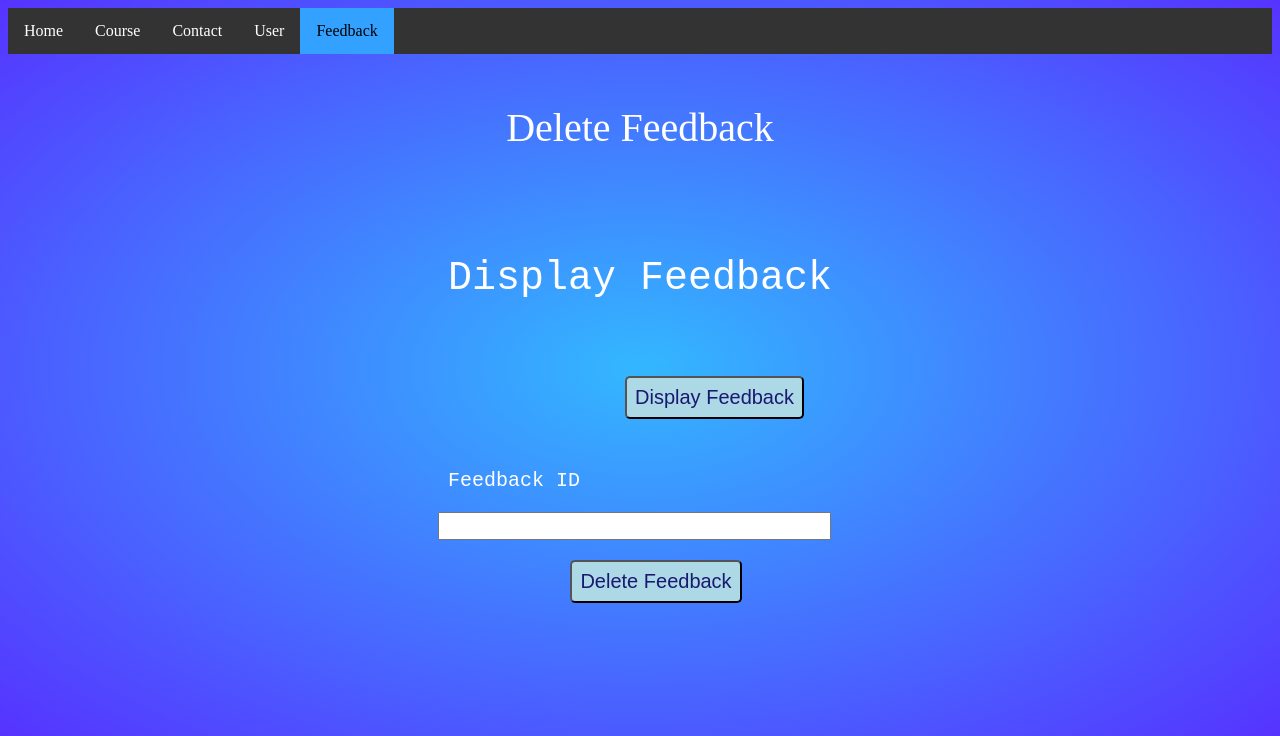
Repository: ShreyasG27/Amdocs-Training
Page: http://localhost/elearning-frontend/feedbackdisplay.jsp
These files come from the project's save history. The page is drawn as it stood at one moment and after the next save; the edit follows.
The browser window is 1280 px wide. The pictures show the whole page.
The page is served by Tomcat 9. Nobody is signed in. The application's start-up code is not run. Other server files are loaded and not shown.

Above is the page before, as saved 2021-08-22 17:52:30.

### elearning-frontend/WebContent/feedbackdisplay.jsp
<%@ page language="java" contentType="text/html; charset=ISO-8859-1"
    pageEncoding="ISO-8859-1"%>
<!DOCTYPE html PUBLIC "-//W3C//DTD HTML 4.01 Transitional//EN" "http://www.w3.org/TR/html4/loose.dtd">
<html>
<head>
<meta http-equiv="Content-Type" content="text/html; charset=ISO-8859-1">
<title>Contact Page Admin</title>
<style>
body{
	background-image: radial-gradient(#33B7FF,#5633ff);
	color: white;
	height: 100vh;
}
.heading{
font-size:40px;
margin-top: 50px;
}
.submitbutton{
	margin-left:460px;
	padding:8px;
	font-size:20px;
	color: midnightblue;
	background-color:lightblue;
	border-radius:5px;
	margin-top: 20px;
}
.submitbutton:hover{
	margin-left:460px;
	padding:8px;
	font-size:20px;
	color: midnightblue;
	background-color:cyan;
	border-radius:5px;
	margin-top: 20px;
}
.deletebutton{
	margin-left:500px;
	padding:8px;
	font-size:20px;
	color: midnightblue;
	background-color:lightblue;
	border-radius:5px;
	margin-top: 20px;
}
.deletebutton:hover{
	margin-left:500px;
	padding:8px;
	font-size:20px;
	color: midnightblue;
	background-color:cyan;
	border-radius:5px;
	margin-top: 20px;
}
.inputfld{
	margin-left: 430px;
	padding: 5px;
	broder-radius:10px;
	font-size:12px;
	width:30%;
}
.inputfld1{
	margin-left: 420px;
	padding: 5px;
	broder-radius:10px;
	font-size:12px;
	width:30%;
}
.inputfld2{
	margin-left: 438px;
	padding: 5px;
	broder-radius:10px;
	font-size:12px;
	width:30%;
}
.txtfld{
	font-size:20px;
	margin-left:440px;
}
ul {
  list-style-type: none;
  margin: 0;
  padding: 0;
  overflow: hidden;
  background-color: #333;
  width:100%;
}

li {
  float: left;
}

li a {
  display: block;
  color: white;
  text-align: center;
  padding: 14px 16px;
  text-decoration: none;
}

li a:hover:not(.active) {
  background-color: #111;
}

.active {
  background-color: #33A1FF;
  color: black;
}
</style>
</head>
<body>
<ul>
  <li><a href="afterloginadm.jsp">Home</a></li>
  <li><a href="course.jsp">Course</a></li>
  <li><a href="contactdisplay.jsp">Contact</a></li>
  <li><a href="userdisplay.jsp">User</a></li>
  <li><a class="active" href="feedbackdisplay.jsp">Feedback</a></li>
</ul>
<center><p class="heading">Delete Feedback</p></center>
<form action="feedback" method="POST">
    <pre>
      <center><p class="heading">Display Feedback</p></center>
               <input class="deletebutton" type="submit" value="Display Feedback"><br>
     <p class="txtfld">Feedback ID</p><input class="inputfld" type="number" name="feedbackid">
     	<input class="deletebutton" type="submit" value="Delete Feedback"><br>


    </pre>
</form>
</body>
</html>

After the next save:
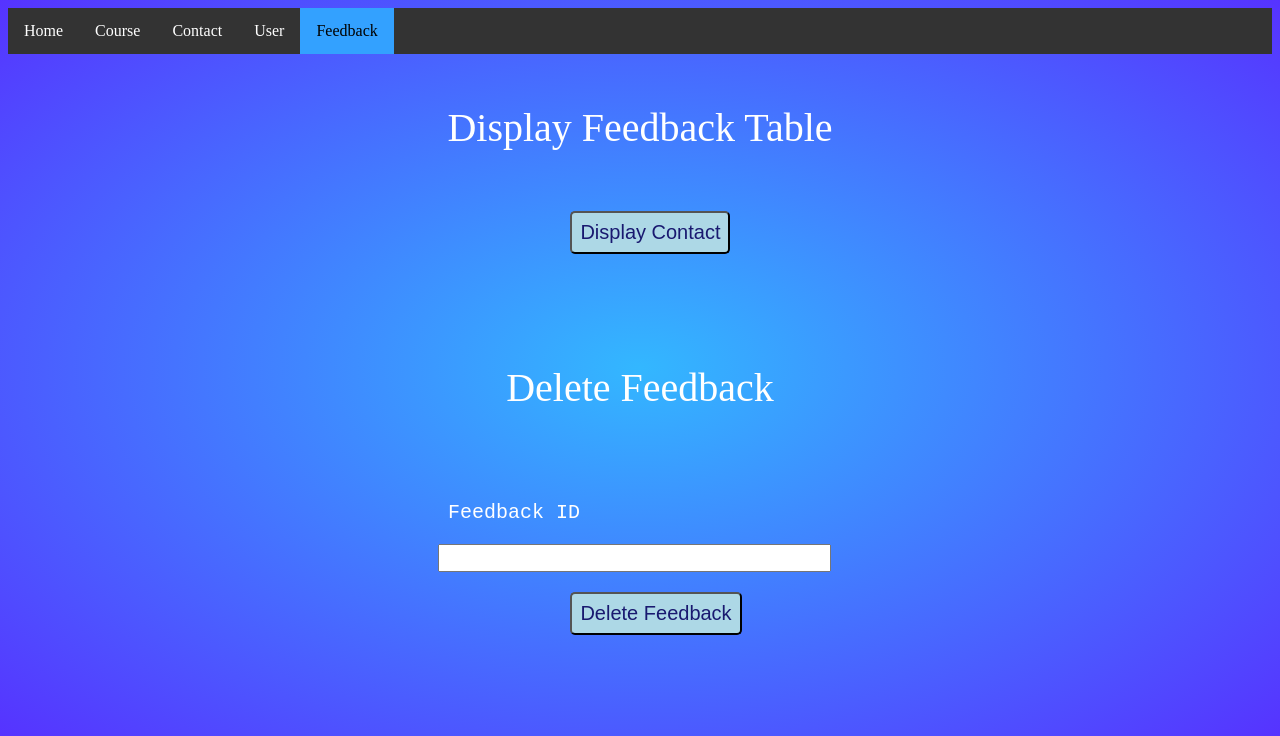
Saved 30 s later.
--- a/elearning-frontend/WebContent/feedbackdisplay.jsp
+++ b/elearning-frontend/WebContent/feedbackdisplay.jsp
@@ -115,11 +115,18 @@ li a:hover:not(.active) {
   <li><a href="userdisplay.jsp">User</a></li>
   <li><a class="active" href="feedbackdisplay.jsp">Feedback</a></li>
 </ul>
+<center><p class="heading">Display Feedback Table</p></center>
+<form action="contact" method="POST">
+    <pre>
+     	<input class="deletebutton" type="submit" value="Display Contact"><br>
+
+
+    </pre>
+</form>
 <center><p class="heading">Delete Feedback</p></center>
 <form action="feedback" method="POST">
     <pre>
-      <center><p class="heading">Display Feedback</p></center>
-               <input class="deletebutton" type="submit" value="Display Feedback"><br>
+
      <p class="txtfld">Feedback ID</p><input class="inputfld" type="number" name="feedbackid">
      	<input class="deletebutton" type="submit" value="Delete Feedback"><br>
 
